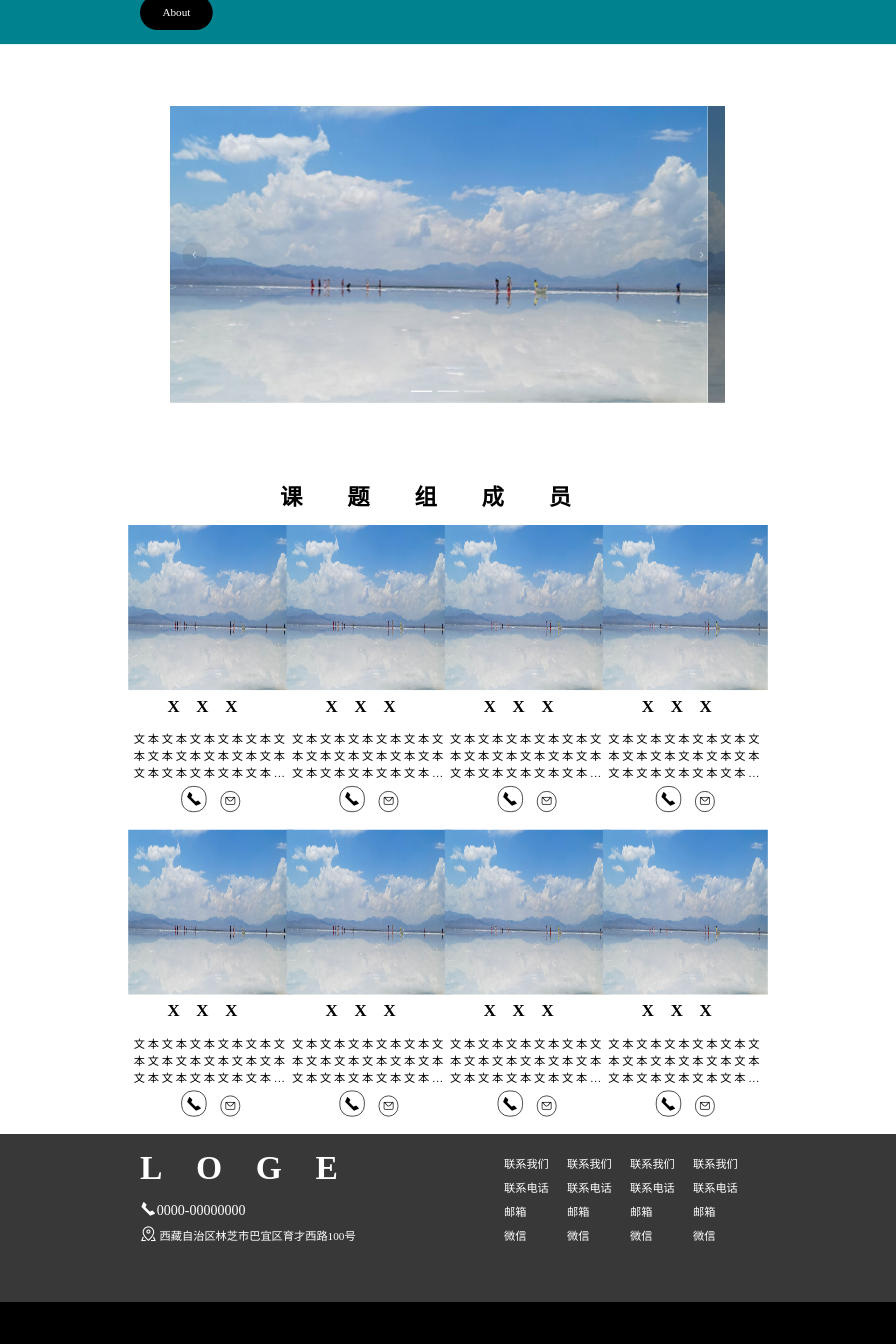
Repository: BLSY/xzust
Page: /
The author's editor kept a copy of each file at every save. The page is drawn from the files as they stood at one save, then again after a run of saves.
The browser window is 1280 px wide. The pictures show the part of the page from y = 1230 to 3150 px (the page is 3150 px tall), at 70% of full size.
The project was rebuilt for these pictures with package versions that can differ from the ones it lists, and the page was loaded fresh each time.

Above is the page before, as saved 2022-11-27 13:10:45.

After the next 2 saves:
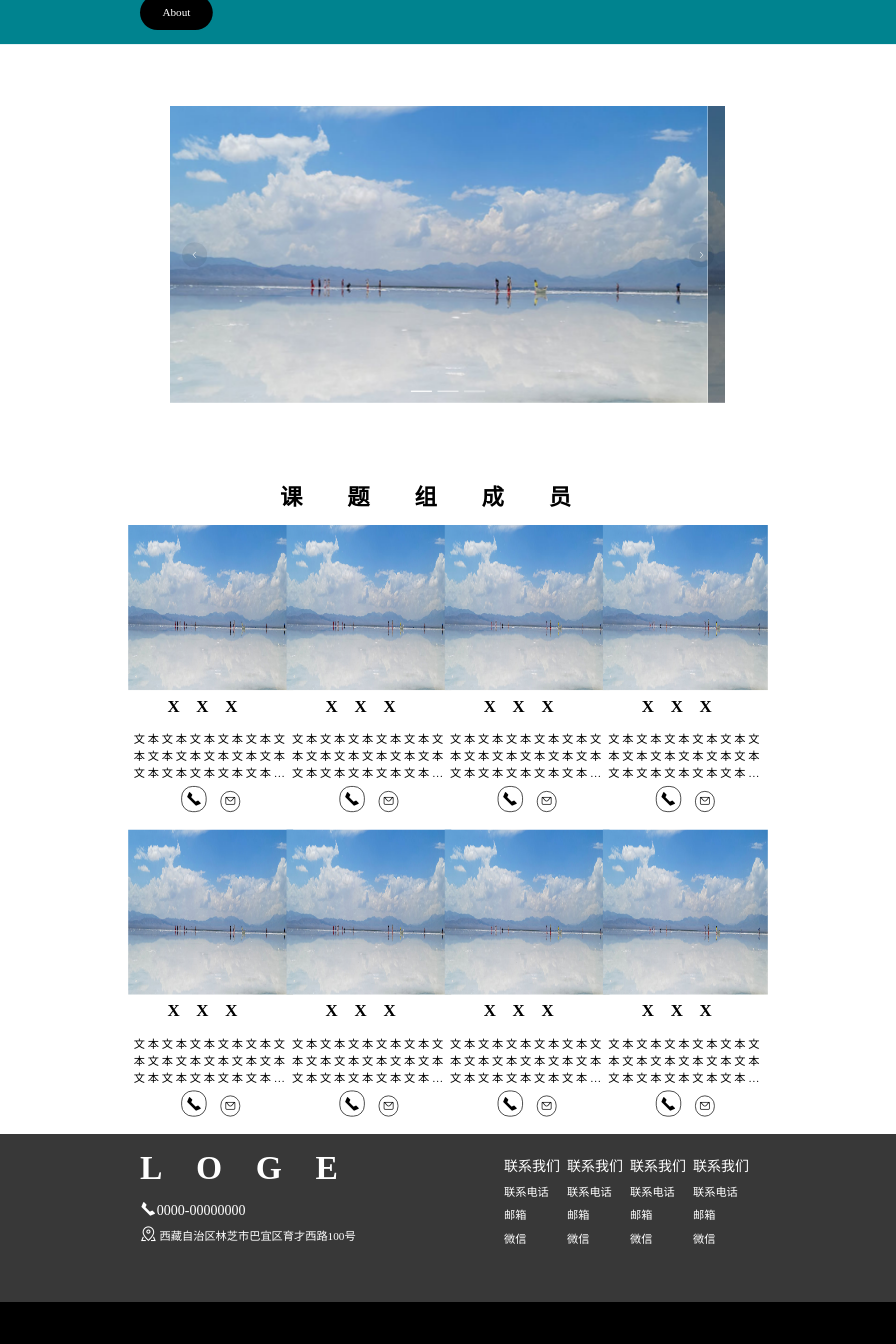
The 2 saves are shown as one change because they came seconds apart.
The last was saved 47 s later.
--- a/src/components/HelloWorld.vue
+++ b/src/components/HelloWorld.vue
@@ -506,11 +506,11 @@ html{
 
   }
   .titles{
-    font-size: 1.25e;
+    font-size: 1.25em;
     margin: 10px 0;
   }
   .texts{
-    font-size: 1e;
+    font-size: 1em;
     margin: 10px 0;
   }
 </style>
